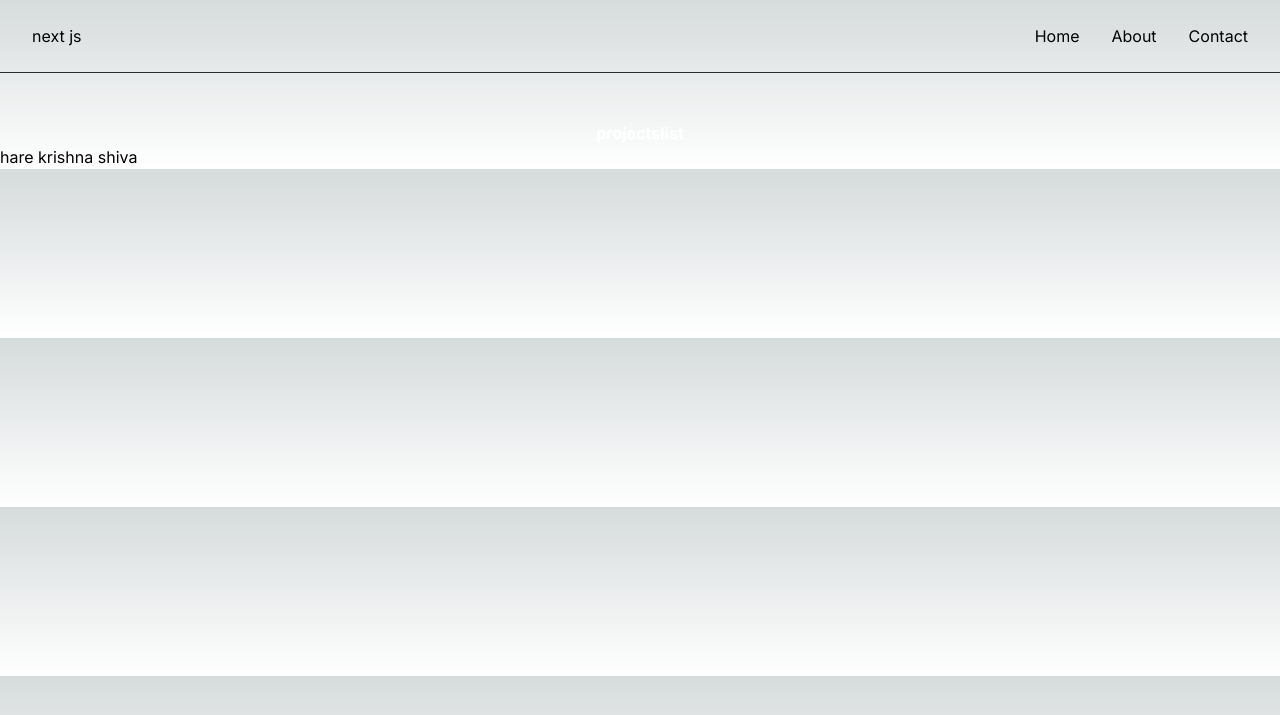
Repository: VilokMasuti/Nextjs-practice
Page: /projects/list
The author's editor kept a copy of each file at every save. The page is drawn from the files as they stood at one save, then again after the next save.
The browser window is 1280 px wide. The pictures show the whole page.
The project was rebuilt for these pictures with package versions that can differ from the ones it lists, and the page was loaded fresh each time. The framework's server and built-in components were replaced by stand-ins that run in the browser. Also part of the build but not shown: next.config.mjs.

Above is the page before, as saved 2024-03-03 19:12:31.

### app/layout.tsx
import type { Metadata } from "next";
import { Inter } from "next/font/google";
import "./globals.css";

import Navbar from "../components/Navbar";

const inter = Inter({ subsets: ["latin"] });

export const metadata: Metadata = {
  title: "Create Next App",
  description: "Generated by create next app",
};

export default function RootLayout({
  children,
}: Readonly<{
  children: React.ReactNode;
}>) {
  return (
    <html lang="en">
      <body className={inter.className}>
        <Navbar />
        {children}
      </body>
    </html>
  );
}

### app/(dashbord)/projects/list/page.tsx
import Link from "next/link";

export default function ProjectsList() {
  return (
    <>
      <h1 className=" flex items-center  mt-12 justify-center text-white font-bold">
        projectslist
      </h1>

      <Link href="/projects/hare"> hare</Link>
      <Link href="/projects/krishna"> krishna</Link>

      <Link href="/projects/shiva"> shiva</Link>
    </>
  );
}

### components/Navbar.tsx
import Link from "next/link";
import styles from "./navbar.module.css";

const Navbar = () => {
  return (
    <header>
      <nav className={styles.nav}>
        <p> next js</p>
        <ul className={styles.links}>
          <Link href="/">
            <li> Home </li>
          </Link>
          <Link href="/about">
            <li> About</li>
          </Link>
          <Link href="/contact">
            <li> Contact</li>
          </Link>
        </ul>
      </nav>
    </header>
  );
};

export default Navbar;

### components/navbar.module.css
.nav {
  width: 100%;
  padding: 1.5rem 2rem;
  display: flex;
  align-items: center;
  justify-content: space-between;
  flex-wrap: wrap;
  border-bottom: 1px solid #2c2c2c;
}
.links {
  flex: 1;
  list-style: none;
  display: flex;
  justify-content: end;
  align-items: center;
  gap: 2rem;
}
.links li {
  white-space: nowrap;
  cursor: pointer;
}
.links li:hover,
.links li:active {
  color: #0099ff;
}

Loaded but not shown: app/globals.css (common file); tailwind.config.ts (common file)

After the next save:
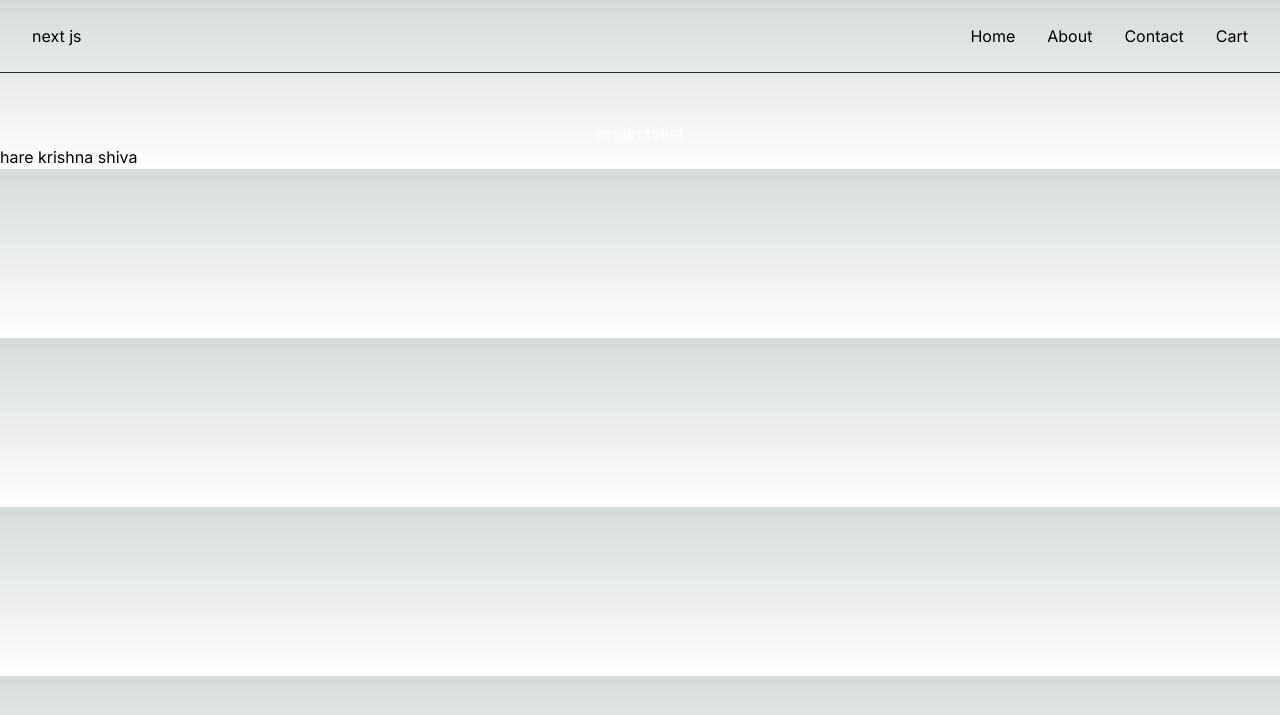
Saved 115 min 37 s later.
--- a/components/Navbar.tsx
+++ b/components/Navbar.tsx
@@ -16,6 +16,9 @@ const Navbar = () => {
           <Link href="/contact">
             <li> Contact</li>
           </Link>
+          <Link href="/cart">
+            <li> Cart</li>
+          </Link>
         </ul>
       </nav>
     </header>
